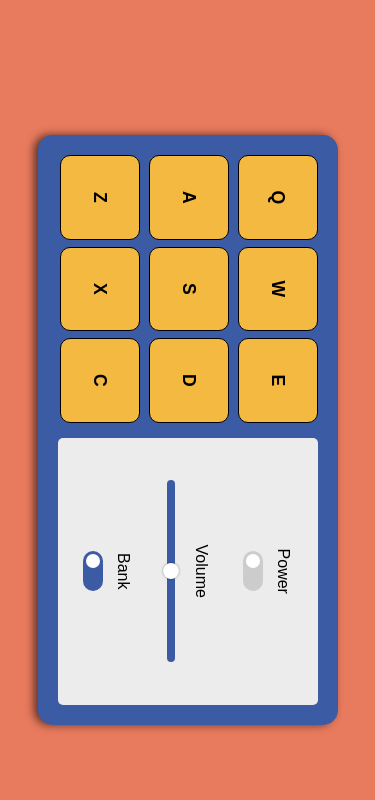
Repository: alfredoleano/drum-machine
Page: /
These files come from the project's save history. The page is drawn as it stood at one moment and after the next save; the edit follows.
The browser window is 375 px wide. The pictures show the whole page.
The project was rebuilt for these pictures with package versions that can differ from the ones it lists, and the page was loaded fresh each time.

Above is the page before, as saved 2024-06-14 13:33:37.

After the next save:
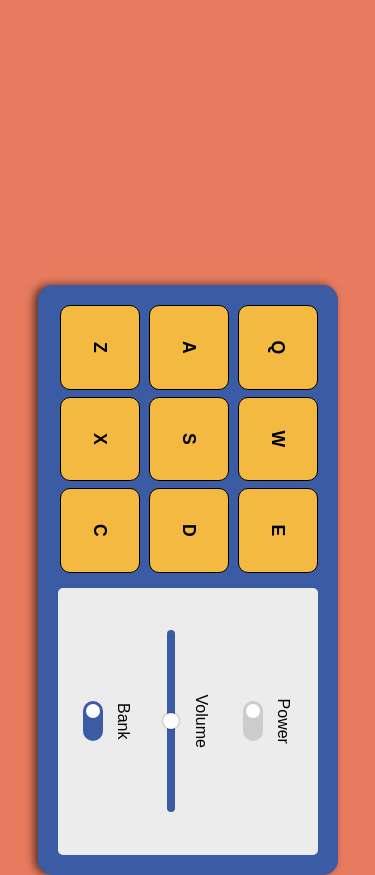
Saved 5 s later.
--- a/src/styles.scss
+++ b/src/styles.scss
@@ -275,7 +275,7 @@
     height: 80vw; /* Adjusted height to fit within viewport width when rotated */
     left: 50%; /* Centers the element horizontally */
     top: 50%;  /* Centers the element vertically */
-    transform: translate(-50%, -50%) rotate(90deg); /* Adjusts positioning and rotates */
+    transform: translate(-50%) rotate(90deg); /* Adjusts positioning and rotates */
     transform-origin: center center;
   }
 }

After the save that followed:
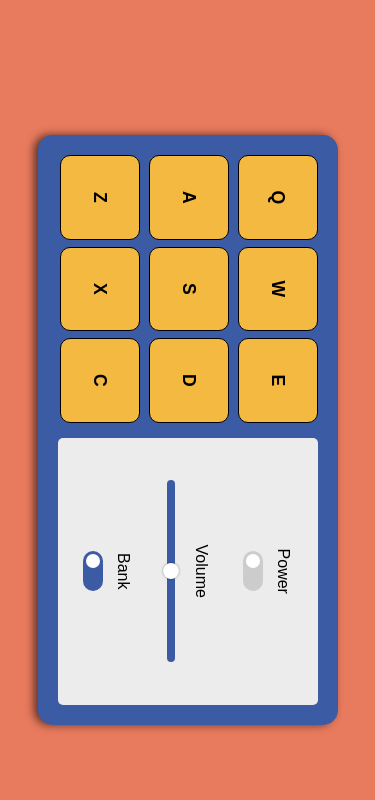
Saved 10 s later.
--- a/src/styles.scss
+++ b/src/styles.scss
@@ -275,7 +275,7 @@
     height: 80vw; /* Adjusted height to fit within viewport width when rotated */
     left: 50%; /* Centers the element horizontally */
     top: 50%;  /* Centers the element vertically */
-    transform: translate(-50%) rotate(90deg); /* Adjusts positioning and rotates */
+    transform: translate(-50%, -50%) rotate(90deg); /* Adjusts positioning and rotates */
     transform-origin: center center;
   }
 }
